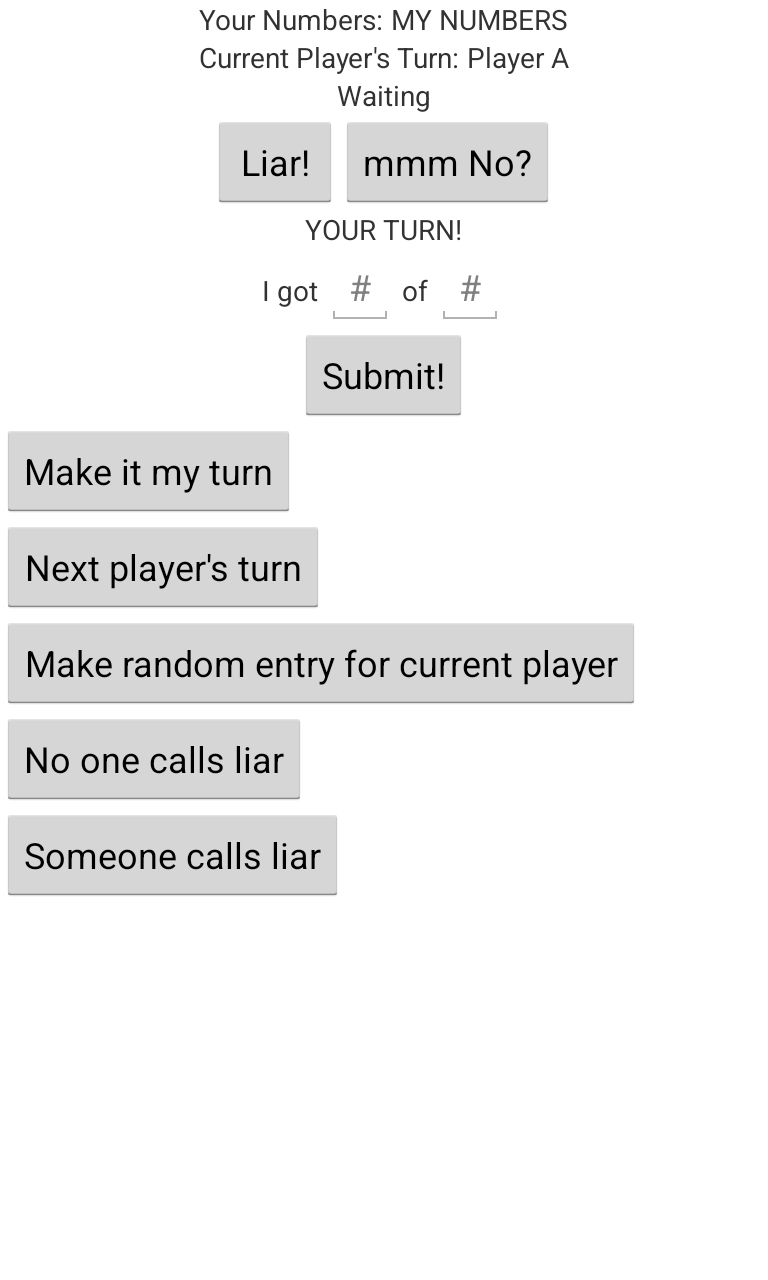
Repository: RayyLim/LiarPoker
Layout: LiarPoker/res/layout/gameroom_main.xml
An editor plug-in stored every save of this project. The layout is shown before and after the next save, followed by the edit.
It is drawn on a 768 x 1280 px phone screen (xhdpi) without system bars, with theme AppTheme; the app's code is not run.

Above is the layout before, as saved 2012-07-22 12:35:55.

### LiarPoker/res/layout/gameroom_main.xml
<?xml version="1.0" encoding="utf-8"?>
<LinearLayout xmlns:android="http://schemas.android.com/apk/res/android"
	android:layout_width="match_parent" android:layout_height="match_parent"
	android:orientation="vertical">

	<LinearLayout android:layout_width="wrap_content"
		android:layout_height="wrap_content"
		android:layout_gravity="center_horizontal">
		<TextView android:id="@+id/meLabel" android:layout_width="wrap_content"
			android:layout_height="wrap_content" android:text="Your Numbers: " />

		<TextView android:id="@+id/mynumbersLabel"
			android:layout_width="wrap_content" android:layout_height="wrap_content"
			android:text="MY NUMBERS" />
	</LinearLayout>

	<LinearLayout
	    android:id="@+id/notMyTurnLayout"
	    android:layout_width="wrap_content"
		android:layout_height="wrap_content"
		android:layout_gravity="center_horizontal"
		android:orientation="vertical"
	    >
	<LinearLayout android:layout_width="wrap_content"
		android:layout_height="wrap_content"
		android:layout_gravity="center_horizontal">
				<TextView
			android:layout_width="wrap_content" android:layout_height="wrap_content"
			android:text="Current Player's Turn: " />
		<TextView android:id="@+id/currentPlayerLabel"
			android:layout_width="wrap_content" android:layout_height="wrap_content"
			android:text="Player A" />



	</LinearLayout>
			<TextView android:id="@+id/currentPlayerHasLabel"
			android:layout_width="wrap_content" android:layout_height="wrap_content"
			android:text="Waiting"
			        android:layout_gravity="center_horizontal"
			        />



			<LinearLayout
			    android:layout_width="wrap_content"
			    android:layout_height="wrap_content"
			            android:layout_gravity="center_horizontal">
					<Button
			    android:id="@+id/liarButton"
			    android:layout_width="wrap_content"
			    android:layout_height="wrap_content"
			    android:text="Liar!"
			    />
								<Button
			    android:id="@+id/notLiarButton"
			    android:layout_width="wrap_content"
			    android:layout_height="wrap_content"
			    android:text="mmm No?"
			    android:onClick="NotLiarButtonPressed"/>
			</LinearLayout>
			</LinearLayout>

	<LinearLayout
	    android:id="@+id/myTurnLayout"
	    android:layout_gravity="center_horizontal"
	    android:layout_width="wrap_content"
	    android:layout_height="wrap_content"
	    android:orientation="vertical" >
			<TextView
			android:layout_width="wrap_content" android:layout_height="wrap_content"
			android:layout_gravity="center_horizontal"
			android:text="YOUR TURN!" />
				<LinearLayout
	    android:layout_width="wrap_content"
	    android:layout_height="wrap_content"
	    android:layout_gravity="center_horizontal"
	    android:orientation="horizontal" >
			<TextView
			android:layout_width="wrap_content" android:layout_height="wrap_content"

			android:text="I got " />

			<EditText android:id="@+id/igotamount"
        android:layout_weight="1"
        android:layout_width="wrap_content"
        android:layout_height="wrap_content"
        android:inputType="numberDecimal"
        android:maxLength="1"
        android:hint="#"
        />

						<TextView
			android:layout_width="wrap_content" android:layout_height="wrap_content"

			android:text=" of " />

			<EditText android:id="@+id/igotnumber"
        android:layout_weight="1"
        android:layout_width="wrap_content"
        android:layout_height="wrap_content"
        android:inputType="numberDecimal"
        android:maxLength="1"
        android:hint="#"
        />

	</LinearLayout>
				<Button
			    android:id="@+id/submitButton"
			    android:layout_width="wrap_content"
			    android:layout_height="wrap_content"
			    android:layout_gravity="center_horizontal"
			    android:text="Submit!"
			    android:onClick="submit"/>
	</LinearLayout>

			<Button
			    android:id="@+id/testMyTurn"
			    android:layout_width="wrap_content"
			    android:layout_height="wrap_content"
			    android:text="Make it my turn"
			    android:onClick="fakeMyTurn"/>

			<Button
			    android:id="@+id/testNextPlayerTurn"
			    android:layout_width="wrap_content"
			    android:layout_height="wrap_content"
			    android:text="Next player's turn"
			    android:onClick="fakeNewCurrentPlayer"
			    />


						<Button
			    android:id="@+id/testRandomEntryForPlayer"
			    android:layout_width="wrap_content"
			    android:layout_height="wrap_content"
			    android:text="Make random entry for current player"
			    android:onClick="fakeRandomCurrentPlayerHas"/>

												<Button
			    android:id="@+id/fakeNoOneCallsLiar"
			    android:layout_width="wrap_content"
			    android:layout_height="wrap_content"
			    android:text="No one calls liar"
			    android:onClick="fakeNoOneCallsLiar"/>

																								<Button
			    android:id="@+id/fakeSomeoneCallsLiar"
			    android:layout_width="wrap_content"
			    android:layout_height="wrap_content"
			    android:text="Someone calls liar"
			    android:onClick="fakeSomeoneCallsLiar"/>

</LinearLayout>

Loaded but not shown: LiarPoker/res/values-v11/styles.xml (common file); LiarPoker/res/values-v14/styles.xml (common file); LiarPoker/res/values/styles.xml (common file)

After the next save:
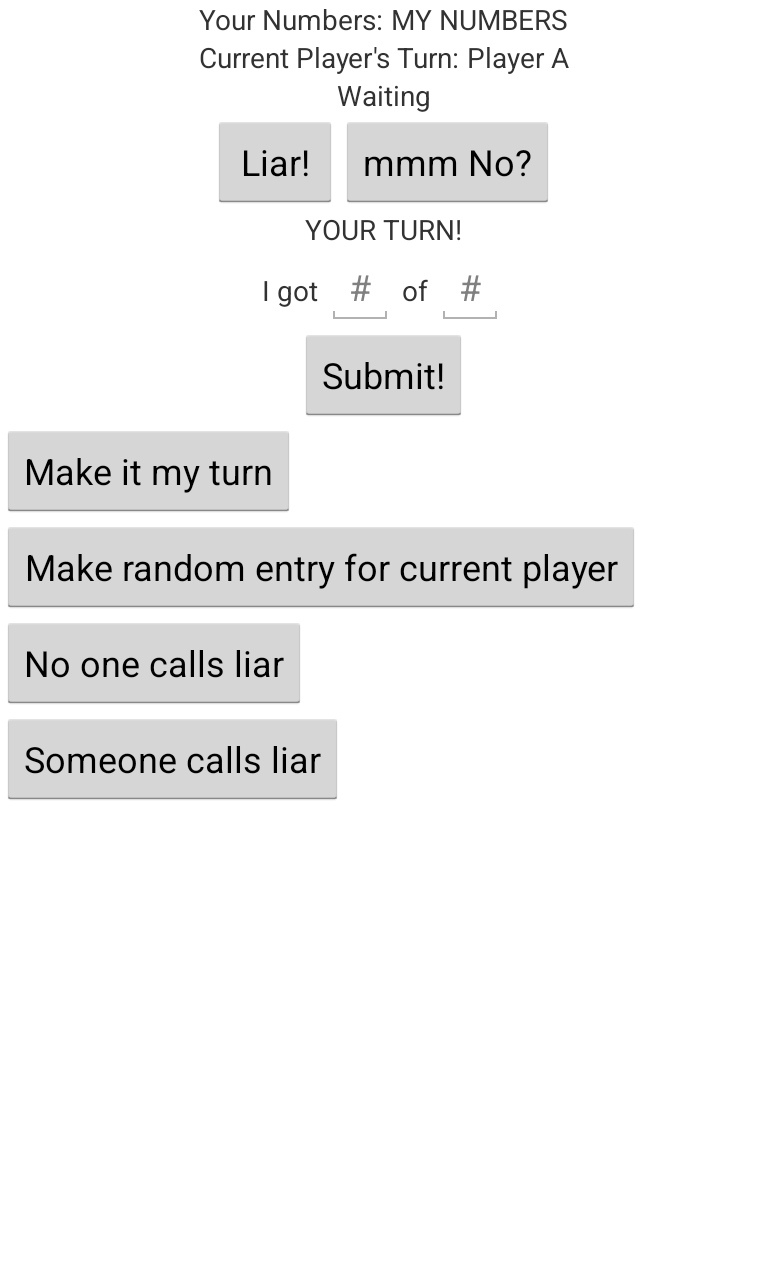
Saved 18 s later.
--- a/LiarPoker/res/layout/gameroom_main.xml
+++ b/LiarPoker/res/layout/gameroom_main.xml
@@ -121,14 +121,6 @@
 			    android:text="Make it my turn"
 			    android:onClick="fakeMyTurn"/>
 
-			<Button
-			    android:id="@+id/testNextPlayerTurn"
-			    android:layout_width="wrap_content"
-			    android:layout_height="wrap_content"
-			    android:text="Next player's turn"
-			    android:onClick="fakeNewCurrentPlayer"
-			    />
-
 
 						<Button
 			    android:id="@+id/testRandomEntryForPlayer"
